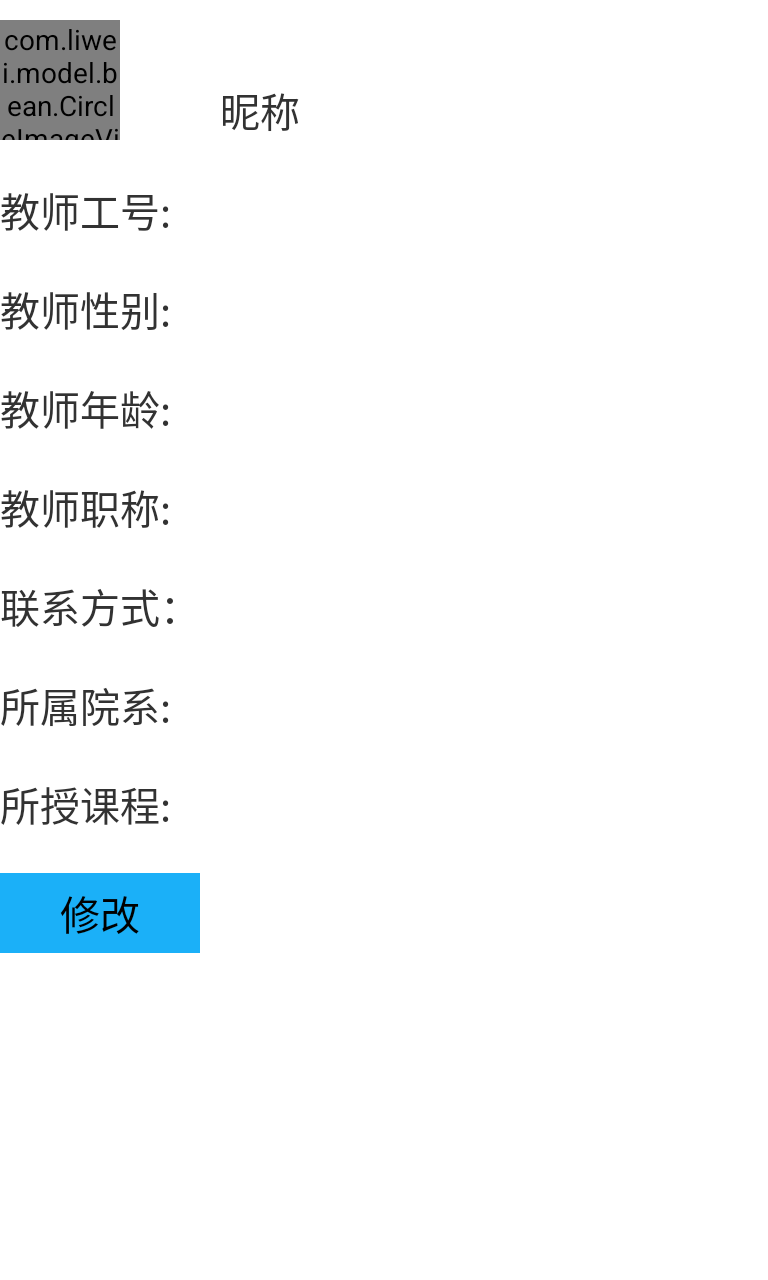
Repository: 15862175370/MyProject
Layout: 毕业设计系统源码_李伟/client/TeachSystem/res/layout/serchteacher_item.xml
An editor plug-in stored every save of this project. The layout is shown before and after the next save, followed by the edit.
Pictures or frames that could not be fetched are drawn as grey boxes. It is drawn on a 768 x 1280 px phone screen (xhdpi) without system bars, with theme AppTheme; the app's code is not run.

Above is the layout before, as saved 2016-05-20 13:41:37.

After the next save:
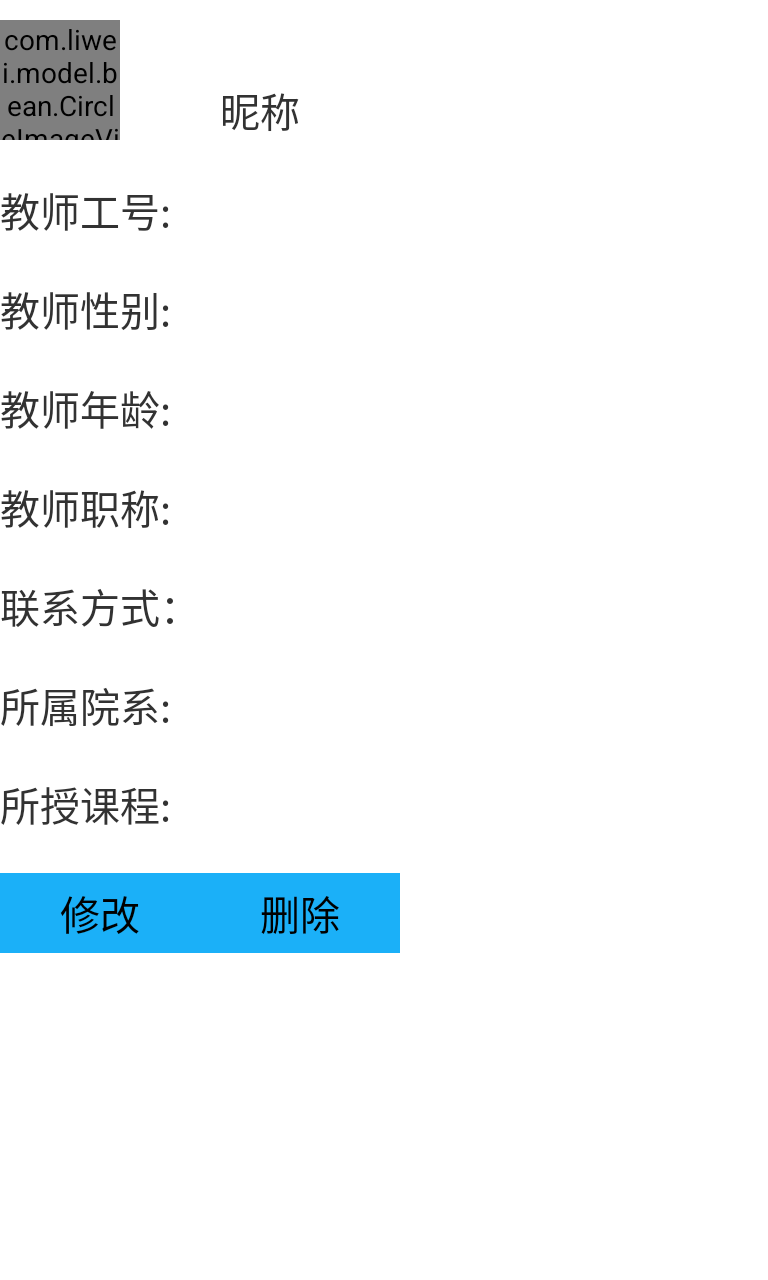
Saved 30 s later.
--- a/毕业设计系统源码_李伟/client/TeachSystem/res/layout/serchteacher_item.xml
+++ b/毕业设计系统源码_李伟/client/TeachSystem/res/layout/serchteacher_item.xml
@@ -217,6 +217,14 @@
                android:textSize="20dp"
                android:text="修改"
                 />
+              <Button
+             android:id="@+id/myteacher_delete"
+             android:layout_height="40dp"
+               android:layout_width="100dp"
+               android:background="#1bb0f8"
+               android:textSize="20dp"
+               android:text="删除"
+                />
         </LinearLayout>
 
 </LinearLayout>
